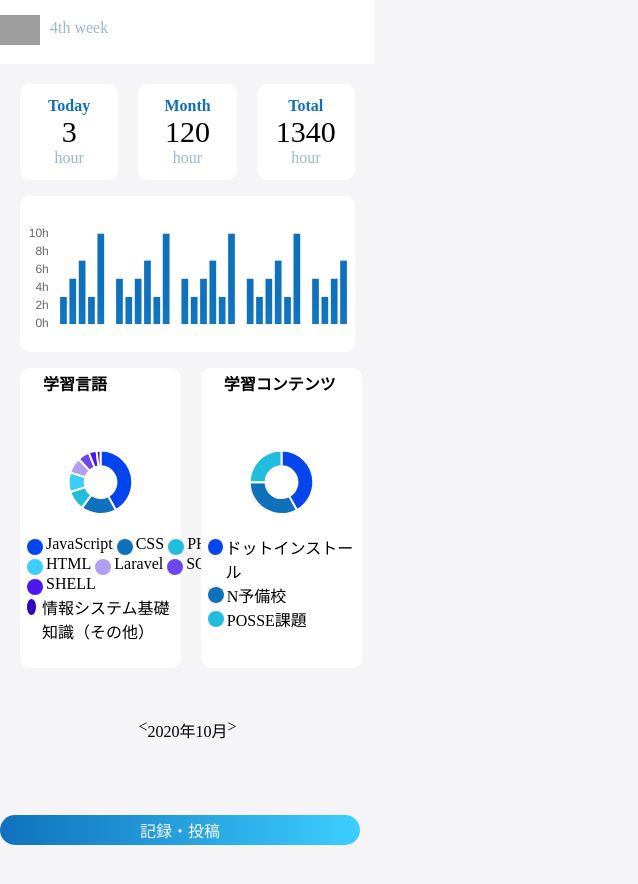
Repository: posse-ap/gen2.0-kamibayasitaito
Page: app/app.html
An editor plug-in stored every save of this project. The page is shown before and after the next save, followed by the edit.
The browser window is 375 px wide. The page is 638 px wide, so the pictures cover 638 px, including what lies to the right of the window. The pictures show the whole page.
Pictures or frames that could not be fetched are drawn as grey boxes. Some web libraries are served in a nearby version.

Above is the page before, as saved 2021-11-26 18:53:43.

After the next save:
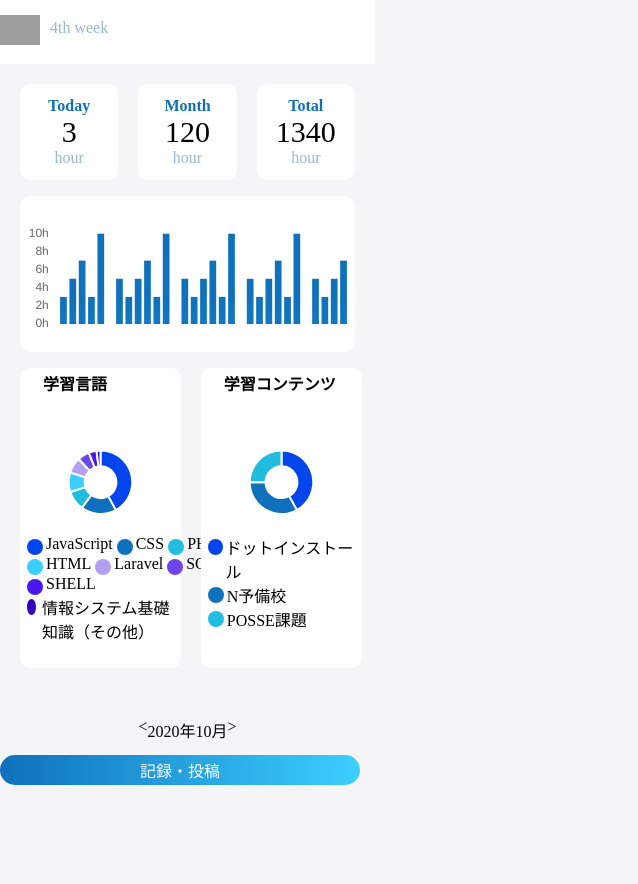
Saved 7 s later.
--- a/app/app_smartphone.css
+++ b/app/app_smartphone.css
@@ -326,7 +326,7 @@
               transform: translateY(50%);
              border-radius: 30px;
               background: linear-gradient(to right,#0f71bc,#3ccfff);
-              bottom: -30px;
+              bottom: 30px;
               cursor: pointer;
         }
 
